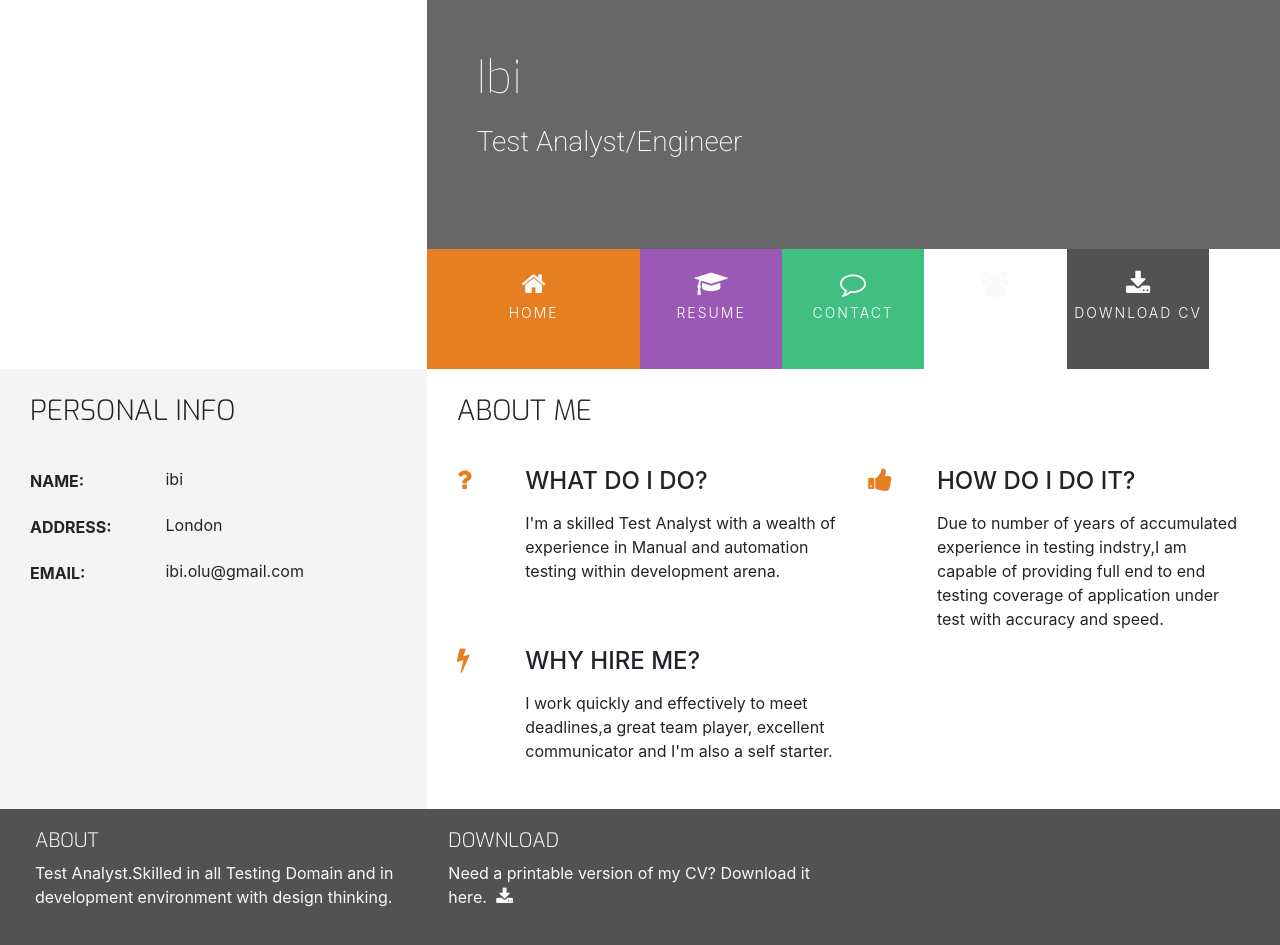
Repository: daat2/ccvitae
Page: index.html
The author's editor kept a record of every edit. The page is drawn from the files as they stood at one moment, then again after the next edit.
The browser window is 1280 px wide. The pictures show the whole page.
Some web libraries are served in a nearby version.

Above is the page before.

### index.html
<!DOCTYPE html>
	<html lang="en">
	<head>
	    <meta charset="UTF-8">
	    <meta name="viewport" content="width=device-width, initial-scale=1.0">
	    <meta http-equiv="X-UA-Compatible" content="ie=edge">
	    <link rel="stylesheet" href="https://maxcdn.bootstrapcdn.com/bootstrap/4.2.1/css/bootstrap.min.css" type="text/css" />
	    <link rel="stylesheet" href="https://maxcdn.bootstrapcdn.com/font-awesome/4.7.0/css/font-awesome.min.css" type="text/css" />
	    <link rel="stylesheet" href="https://cdnjs.cloudflare.com/ajax/libs/hover.css/2.1.1/css/hover-min.css" type="text/css" />
	    <link rel="stylesheet" href="assets/css/style.css" type ="text/css"/>
	    <title>ibi</title>
	</head>
	<body>
	    <header>
	        <div class="row no-gutters">
	            <a class="col-md-4 logo" href="02-index.html"></a>
	            <div class="col-md-8">
	                <div class="row no-gutters bg-color-name-title">
	                    <div class="col heading">
	                        <h1 class="name">Ibi </h1>
	                        <h2 class="title"> Test Analyst/Engineer</h2>
	                    </div>
	                </div>
	                <div class="row no-gutters">
	                    <div class="col">
	                        <ul id="nav" class="list-inline menucontainer">
	                            <li class="col-6 col-sm-3 list-inline-item ui-menu-color-home menuitem">
	                                <a href="index.html" class="hvr-sweep-to-bottom"><i class="fa fa-home" aria-hidden="true"></i><span>Home</span></a>
	                            </li>
	                            <li class="col-6 col-sm-2 list-inline-item ui-menu-color-resume menuitem">
	                                <a href="resume.html" class="hvr-sweep-to-bottom"><i class="fa fa-graduation-cap" aria-hidden="true"></i><span>Resume</span></a>
	                            </li>
	                            <li class="col-6 col-sm-2 list-inline-item ui-menu-color-contact menuitem">
	                                <a href="contact.html" class="hvr-sweep-to-bottom"><i class="fa fa-comment-o" aria-hidden="true"></i><span>Contact</span></a>
	                            </li>
	                            <li class="col-6 col-sm-2 ui-menu-color-interests list-inline-item menuitem">
                                <a href="interests.html" class="hvr-sweep-to-bottom"><i class="fa fa-users" aria-hidden="true"></i><span>Interests</span></a>
                            </li>
	                            <li class="col-6 col-sm-2 list-inline-item ui-menu-color-download menuitem">
	                                <a href="assets/cv/cv-current.pdf" target="_blank" class="hvr-sweep-to-bottom"><i class="fa fa-download" aria-hidden="true"></i><span>Download CV</span></a>
	                            </li>
	                        </ul>
	                    </div>
	                </div>
	            </div>
	        </div>
	    </header>
	    <section class="container-fluid">
	        <div class="row">
	            <div class="col-md-4 bg-color-personal-info section-column">
	                <div class="row">
	                    <div class="col-12">
	                        <h3 class="section-heading uppercase">
	                            Personal Info
	                        </h3>
	                    </div>
	                </div>
	                <div class="personal-info-item">
	                    <div class="key">
	                        <p class="uppercase">
	                            Name:
	                        </p>
	                    </div>
	                    <div class="value">
	                        <p>
	                            ibi
	                        </p>
	                    </div>
	                </div>
	                <div class="personal-info-item">
	                    <div class="key">
	                        <p class="uppercase">
	                            Address:
	                        </p>
	                    </div>
	                    <div class="value">
	                        <p>
	                            London
	                        </p>
	                    </div>
	                </div>
	                <!--<div class="personal-info-item">-->
	                <!--    <div class="key">-->
	                <!--        <p class="uppercase">-->
	                <!--            Phone:-->
	                <!--        </p>-->
	                <!--    </div>-->
	                <!--    <div class="value">-->
	                <!--        <p>-->
	                <!--            +447985209886-->
	                <!--        </p>-->
	                <!--    </div>-->
	                <!--</div>-->
	                <div class="personal-info-item">
	                    <div class="key">
	                        <p class="uppercase">
	                            Email:
	                        </p>
	                    </div>
	                    <div class="value">
	                        <p>
	                            ibi.olu@gmail.com
	                        </p>
	                    </div>
	                </div>
	            </div>
	            <div class="col-md-8 bg-color-three-reasons section-column">
	                <div class="row">
	                    <div class="col">
	                        <h3 class="section-heading uppercase">About Me</h3>
	                    </div>
	                </div>
	                <div class="row">
	                    <div class="col-10 offset-1 offset-sm-0 col-sm-4 col-md-6">
	                        <div class="row">
	                            <div class="col-2">
	                                <i class="three-reasons-icon fa fa-question" aria-hidden="true"></i>
	                            </div>
	                            <div class="col-10">
	                                <h4 class="three-reasons-heading uppercase">What do I do?</h4>
	                                <p>
	                                    I'm a skilled Test Analyst with a wealth of experience in Manual and automation testing within development arena.
	                                </p>
	                            </div>
	                        </div>
	                    </div>
	                    <div class="col-10 offset-1 offset-sm-0 col-sm-4 col-md-6">
	                        <div class="row">
	                            <div class="col-2">
	                                <i class="three-reasons-icon fa fa-thumbs-up" aria-hidden="true"></i>
	                            </div>
	                            <div class="col-10">
	                                <h4 class="three-reasons-heading uppercase">How do I do it?</h4>
	                                <p>
	                                    Due to number of years of accumulated experience in testing indstry,I am capable of providing full end to end testing coverage of application under test with accuracy and speed.
	                                </p>
	                            </div>
	                        </div>
	                    </div>
	                    <div class="col-10 offset-1 offset-sm-0 col-sm-4 col-md-6">
	                        <div class="row">
	                            <div class="col-2">
	                                <i class="three-reasons-icon fa fa-bolt" aria-hidden="true"></i>
	                            </div>
	                            <div class="col-10">
	                                <h4 class="three-reasons-heading uppercase">Why hire me?</h4>
	                                <p>
	                                    I work quickly and effectively to meet deadlines,a great team player, excellent communicator and I'm also a self starter.
	                                </p>
	                            </div>
	                        </div>
	                    </div>
	                </div>
	            </div>
	        </div>

	    </section>
	    <footer class="container-fluid">
	        <div id="footer-details" class="row">
	            <div class="col-sm-4">
	                <h5 class="uppercase general-sub">About</h5>
	                <p class="inline-block">
	                    Test Analyst.Skilled in all Testing Domain and in development environment with design thinking.
	                </p>
	            </div>
	            <div class="col-sm-4">
	                <h5 class="uppercase general-sub">Download</h5>
	                <p class="inline-block">
	                    Need a printable version of my CV? Download it here.
	                    <a href="assets/cv/cv-current.pdf" target="_blank" class="cv-pdf">
	                        <i class="fa fa-download" aria-hidden="true"></i>
	                        <span class="sr-only">Download link.</span>
	                    </a>
	                </p>
	            </div>

	            </div>
	        </div>
	    </footer>
	</body>
	</html>

### assets/css/style.css
@import url('https://fonts.googleapis.com/css?family=Roboto:100,200,300,400,500,600,700|Exo:100,200,300,400,500,600,700');

/*--------------------------------------------Colors*/

.bg-color-name-title {
    background-color: #676767;
}

.bg-color-three-reasons {
    background-color: #fff;
}

.bg-color-personal-info {
    background-color: #f4f4f4;
}

.bg-color-work-history {
    background-color: #9b59b6;
}

.bg-color-contact {
    background-color: #fff;
}

.ui-menu-color-home {
    background-color: #e67e22;
}

.ui-menu-color-resume {
    background-color: #9b59b6;
}

.ui-menu-color-contact {
    background-color: #40bf80;
}

.ui-menu-color-download {
    background-color: #525252;
}

.row-table {
    display: table;
}

.section-column {
    display: table-cell;
    padding: 0 30px 30px;
    float: none;
}

.section-heading {
    font-family: "Exo", sans-serif;
    font-weight: 300;
    margin-top: 25px;
    margin-bottom: 40px;
}

/* ----------------------------------------Special paddings/margins/text */

h1,
h2,
h3,
h4 {
    margin: 0;
}

.uppercase {
    text-transform: uppercase;
}

.general-sub {
    font-family: "Exo", sans-serif;
    font-weight: 300;
    color: #fafafa;
}

.inline-block {
    display: inline-block;
}

.row-table {
    display: table;
}

.section-column {
    display: table-cell;
    padding: 0 30px 30px;
    float: none;
}

/*.history-heading,*/
/*.section-heading {*/
/*    font-family: "Exo", sans-serif;*/
/*    font-weight: 300;*/
/*    margin-top: 25px;*/
/*    margin-bottom: 40px;*/
/*}*/

/*--------------------------------------------Heading*/

header {
    margin: 0;
}

.heading {
    margin-left: 50px;
}

/*.logo {*/
/*    background: url("../assets/ib.jpg");*/
/*    background-position: center;*/
/*    background-repeat: no-repeat;*/
/*    background-size: cover;*/
/*    min-height: 360px;*/
/*    transition: all .5s ease-in-out;*/
/*    -moz-transition: all .5s ease-in-out;*/
/*    -webkit-transition: all .5s ease-in-out;*/
/*}*/

.name {
    font-family: "Exo", sans-serif;
    font-weight: 100;
    font-size: 46px;
    margin-top: 50px;
    color: #fff;
}

.title {
    font-family: "Roboto", sans-serif;
    font-weight: 200;
    font-size: 28px;
    margin-top: 20px;
    margin-bottom: 90px;
    color: #fff;
}

.list-inline-item:not(:last-child) {
    margin: 0;
}

.menucontainer {
    font-size: 0;
}

#nav li {
    font-size: 14px;
    padding: 0;
}

#nav {
    margin: 0;
}

.menuitem {
    height: 120px;
    text-align: center;
    padding: 0;
}

.menuitem a {
    width: 100%;
    text-decoration: none;
    color: #fff;
    height: 120px;
}

.menuitem a i {
    padding-top: 22px;
    display: block;
    color: #fafafa;
    font-size: 26px;
}

.menuitem span {
    display: block;
    width: 100%;
    padding-top: 5px;
    text-align: center;
    text-transform: uppercase;
    font-size: 14px;
    font-weight: 300;
    letter-spacing: 2px;
}

/*--------------------------------------------Hover.css*/

.hvr-sweep-to-bottom:before {
    background: rgba(0, 0, 0, 0.2);
    height: 120px;
}

/* ----------------------------------------Footer */

footer {
    background-color: #525252;
    color: #fafafa;
    min-height: 120px;
    margin: 0;
}

.cv-pdf i {
    font-size: 18px;
    color: #fafafa;
    text-align: center;
    padding-left: 5px;
    transition: all 0.35s ease-in-out;
    -moz-transition: all 0.35s ease-in-out;
    -webkit-transition: all 0.35s ease-in-out;
    -o-transition: all 0.35s ease-in-out;
}

.cv-pdf i:hover {
    color: #e84610;
}

.social-links {
    padding-bottom: 15px;
}



.social-links li a i:hover {
    background: #e84610;
}

#footer-details {
    padding: 20px;
}

/* ----------------------------------------Three Reasons */

.three-reasons-icon {
    font-size: 26px;
    color: #e67e22;
}

.three-reasons-heading {
    margin-bottom: 15px;
}

/* ----------------------------------------Personal Info */

.personal-info-item {
    margin-bottom: 20px;
    display: block;
    clear: both;
}

.personal-info-item .key,
.personal-info-item .value {
    padding-right: 8px;
    display: inline-block;
}

.personal-info-item .key p,
.personal-info-item .value p {
    margin: 0;
}

.personal-info-item .key {
    width: 30%;
    margin-right: 21px;
    padding-top: 2px;
    vertical-align: top;
}

.personal-info-item .key p {
    font-weight: 700;
}

.personal-info-item .value {
    position: relative;
    width: 60%;
}

/* ----------------------------------------Skills */

.progress {
    position: relative;
    height: 25px;
    margin-bottom: 4px;
}

.progress-type {
    position: absolute;
    left: 0px;
    font-weight: 400;
    padding: 3px 30px 2px 10px;
    color: #fafafa;
    background-color: rgba(25, 25, 25, 0.2);
}

.progress-section {
    margin: 40px 20px;
}

/* ----------------------------------------Work History */

.history-heading {
    color: #fafafa;
    margin-bottom: 50px;
}

.timeline-item {
    padding: 4em 2em 0em 2em;
    position: relative;
    color: #fafafa;
    border-left: 1px solid;
}

.timeline-item p {
    padding: 0;
    margin: 0;
}

.timeline-item:before {
    content: attr(data-dates);
    position: absolute;
    left: 2.5em;
    top: 3em;
    display: block;
    font-family: "Exo", sans-serif;
    font-weight: 500;
    font-size: 0.8em;
    padding: 0;
    margin: 0;
}

.timeline-item:after {
    width: 12px;
    height: 12px;
    display: block;
    top: 2.4em;
    position: absolute;
    left: -6px;
    border-radius: 12px;
    content: '';
    background: #fafafa;
}

.history-items {
    margin-bottom: 30px;
}

/* ----------------------------------------Contact Form */

.contact-heading {
    font-family: "Exo", sans-serif;
    font-weight: 300;
    margin-top: 25px;
    margin-bottom: 20px;
}

.center-form {
    padding-top: 10px;
    margin: 0 auto;
    max-width: 70%;
}

button[type="submit"] {
    margin-top: 15px;
    margin-bottom: 20px;
    color: #fafafa;
    background-color: #e84610;
}

/* ----------------------------------------Media Queries */

@media(min-width: 992px) {
    .center-form {
        padding-top: 30px;
        min-height: 240px;
        margin: 0 auto;
        max-width: 50%;
    }
}

After the next edit:
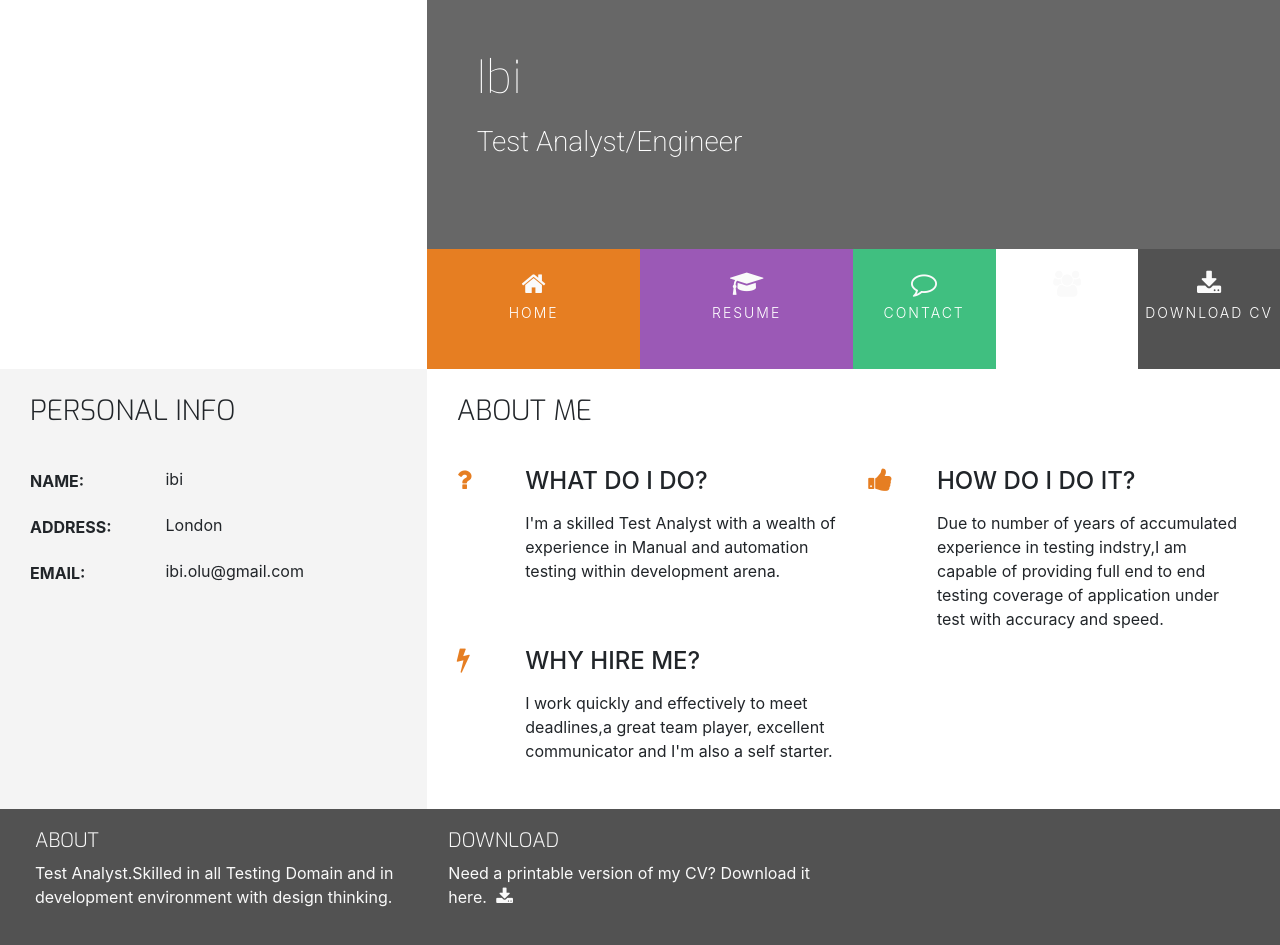
The edit:
--- a/index.html
+++ b/index.html
@@ -27,7 +27,7 @@
 	                            <li class="col-6 col-sm-3 list-inline-item ui-menu-color-home menuitem">
 	                                <a href="index.html" class="hvr-sweep-to-bottom"><i class="fa fa-home" aria-hidden="true"></i><span>Home</span></a>
 	                            </li>
-	                            <li class="col-6 col-sm-2 list-inline-item ui-menu-color-resume menuitem">
+	                            <li class="col-6 col-sm-3 list-inline-item ui-menu-color-resume menuitem">
 	                                <a href="resume.html" class="hvr-sweep-to-bottom"><i class="fa fa-graduation-cap" aria-hidden="true"></i><span>Resume</span></a>
 	                            </li>
 	                            <li class="col-6 col-sm-2 list-inline-item ui-menu-color-contact menuitem">
